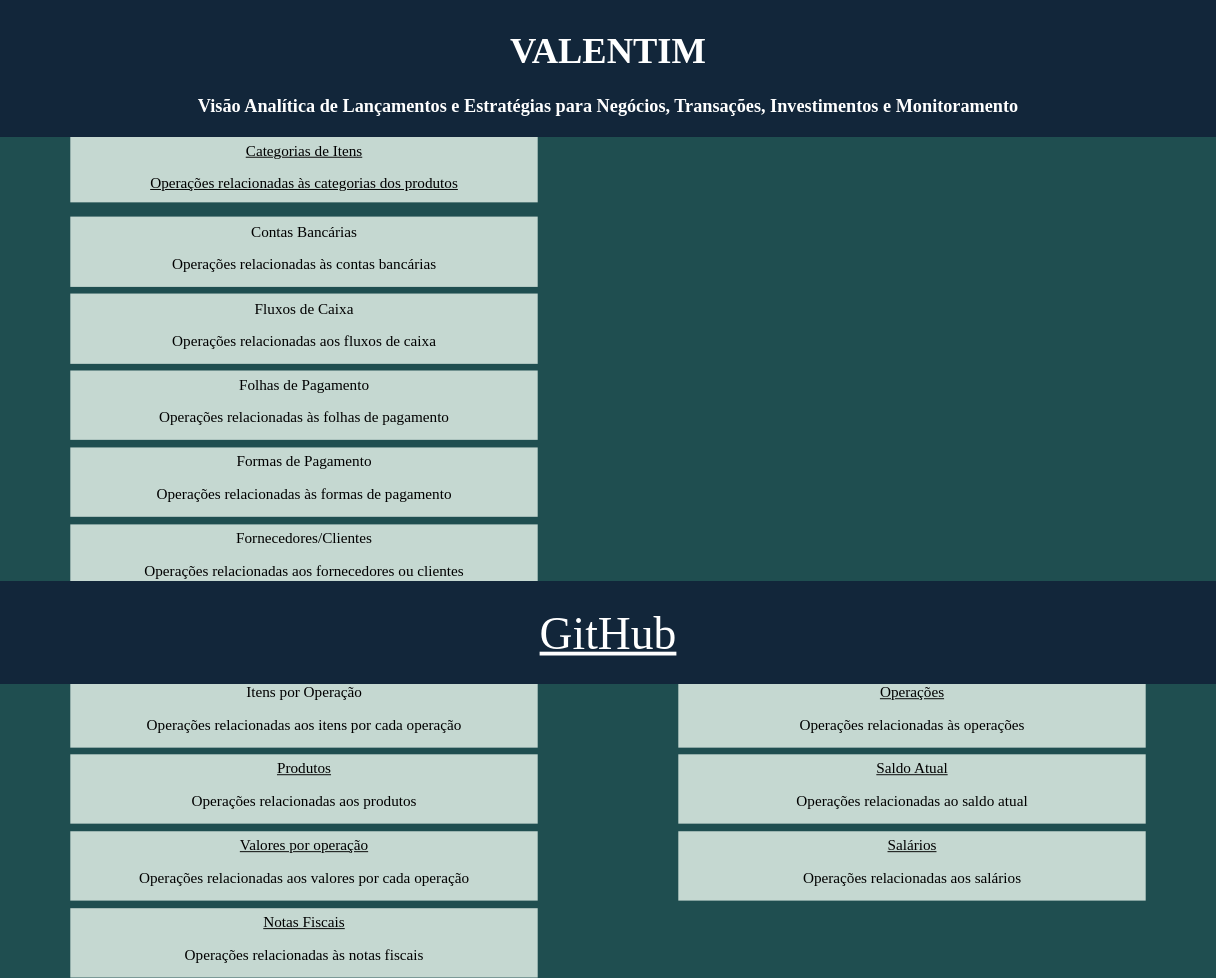
Repository: Matheus-Lacerda009/ERP-Financeiro
Page: Front/menu/menu.html
An editor plug-in stored every save of this project. The page is shown before and after a run of saves, followed by the edit.
The browser window is 1280 px wide. The pictures show the whole page, at 95% of full size.

Above is the page before, as saved 2026-07-13 19:12:30.

### Front/menu/menu.html
<!DOCTYPE html>
<html lang="en">
<head>
    <meta charset="UTF-8">
    <meta name="viewport" content="wclassth=device-wclassth, initial-scale=1.0">
    <link rel="stylesheet" href="menu.css">
    <title>Document</title>
</head>
<body>
    <header>
        <h1>VALENTIM</h1>
        <h2>Visão Analítica de Lançamentos e Estratégias para Negócios, Transações, Investimentos e Monitoramento</h2>
    </header>
    <main>
        <div id="espaço"></div>
        <div class="container">
            <a href="../categoria_item/categoria_item.html" class="links">
                <div class="divEntidades">
                    <p>Categorias de Itens</p>
                    <p>Operações relacionadas às categorias dos produtos</p>
                </div>
            </a>
            <a href="../conta_bancaria/conta_bancaria.html" class="links"></a>
            <div class="divEntidades">
                Contas Bancárias</a>
                <p>Operações relacionadas às contas bancárias</p>
            </div>
            <a href="../fluxo_caixa/fluxo_caixa.html" class="links"></a>
            <div class="divEntidades">
                Fluxos de Caixa</a>
                <p>Operações relacionadas aos fluxos de caixa</p>
            </div>
            <a href="../folha_pagamento/folha_pagamento.html" class="links"></a>
            <div class="divEntidades">
                Folhas de Pagamento</a>
                <p>Operações relacionadas às folhas de pagamento</p>
            </div>
            <a href="../forma_pagamento/forma_pagamento.html" class="links"></a>
            <div class="divEntidades">
                Formas de Pagamento</a>
                <p>Operações relacionadas às formas de pagamento</p>
            </div>
            <a href="../fornecedor_cliente/fornecedor_cliente.html" class="links"></a>
            <div class="divEntidades">
                Fornecedores/Clientes</a>
                <p>Operações relacionadas aos fornecedores ou clientes</p>
            </div>
            <a href="../funcionario/funcionario.html" class="links"></a>
            <div class="divEntidades">
                Funcionários</a>
                <p>Operações relacionadas aos funcionários</p>
            </div>
            <a href="../itens_operacao/itens_operacao.html" class="links"></a>
            <div class="divEntidades">
                Itens por Operação</a>
                <p>Operações relacionadas aos itens por cada operação</p>
            </div>
            <div class="divEntidades">
                <a href="../operacao/operacao.html" class="links">Operações</a>
                <p>Operações relacionadas às operações</p>
            </div>
            <div class="divEntidades">
                <a href="../produtos/produtos.html" class="links">Produtos</a>
                <p>Operações relacionadas aos produtos</p>
            </div>
            <div class="divEntidades">
                <a href="../saldoAtual/saldoAtual.html" class="links">Saldo Atual</a>
                <p>Operações relacionadas ao saldo atual</p>
            </div>
            <div class="divEntidades">
                <a href="../valor_pVenda/valor_pVenda.html" class="links">Valores por operação</a>
                <p>Operações relacionadas aos valores por cada operação</p>
            </div>
            <div class="divEntidades">
                <a href="../valor_salario/valor_salario.html" class="links">Salários</a>
                <p>Operações relacionadas aos salários</p>
            </div>
            <div class="divEntidades">
                <a href="../notaFiscal/nota_fiscal.html" class="links">Notas Fiscais</a>
                <p>Operações relacionadas às notas fiscais</p>
            </div>
        </div>
    </main>
    <footer>
        <a href="https://github.com/Matheus-Lacerda009/ERP-Financeiro.git" id="github">GitHub</a>
    </footer>
</body>
</html>

### Front/menu/menu.css
body{
    overflow: hidden;
}
header{
    position: fixed;
    top: 0;
    left: 0;
    width: 100%;
    height: 20%;
    background-color: #12263A;
    z-index: 1;
    text-align: center;
    align-content: center;
}

footer{
    position: fixed;
    bottom: 0;
    left: 0;
    width: 100%;
    height: 15%;
    background-color: #12263A;
    text-align: center;
    align-content: center;
}

#github{
    color: white;
    font-size: 300%;
}

header, h1{
    font-size: 300%;
    color: white;
    font-size: 3vw;
}

header, h2{
    color: white;
    font-size: 1.5vw;
}

body{
    margin: 0;
    padding: 0;
    background-color: #1f4e50;
}

.container{
    height: 100vh;
    width: 100%;
    margin-top: 10%;
    box-sizing: border-box;
    display: grid;
    grid-template-columns: repeat(2, 7fr);
    align-content: start;
}

.divEntidades{
    height: 75%;
    width: 75%;
    background-color: #C5D8D1;
    text-align: center;
    padding: 1%;
    margin: auto;
}

.links{
    color: black;
}

After the next 2 saves:
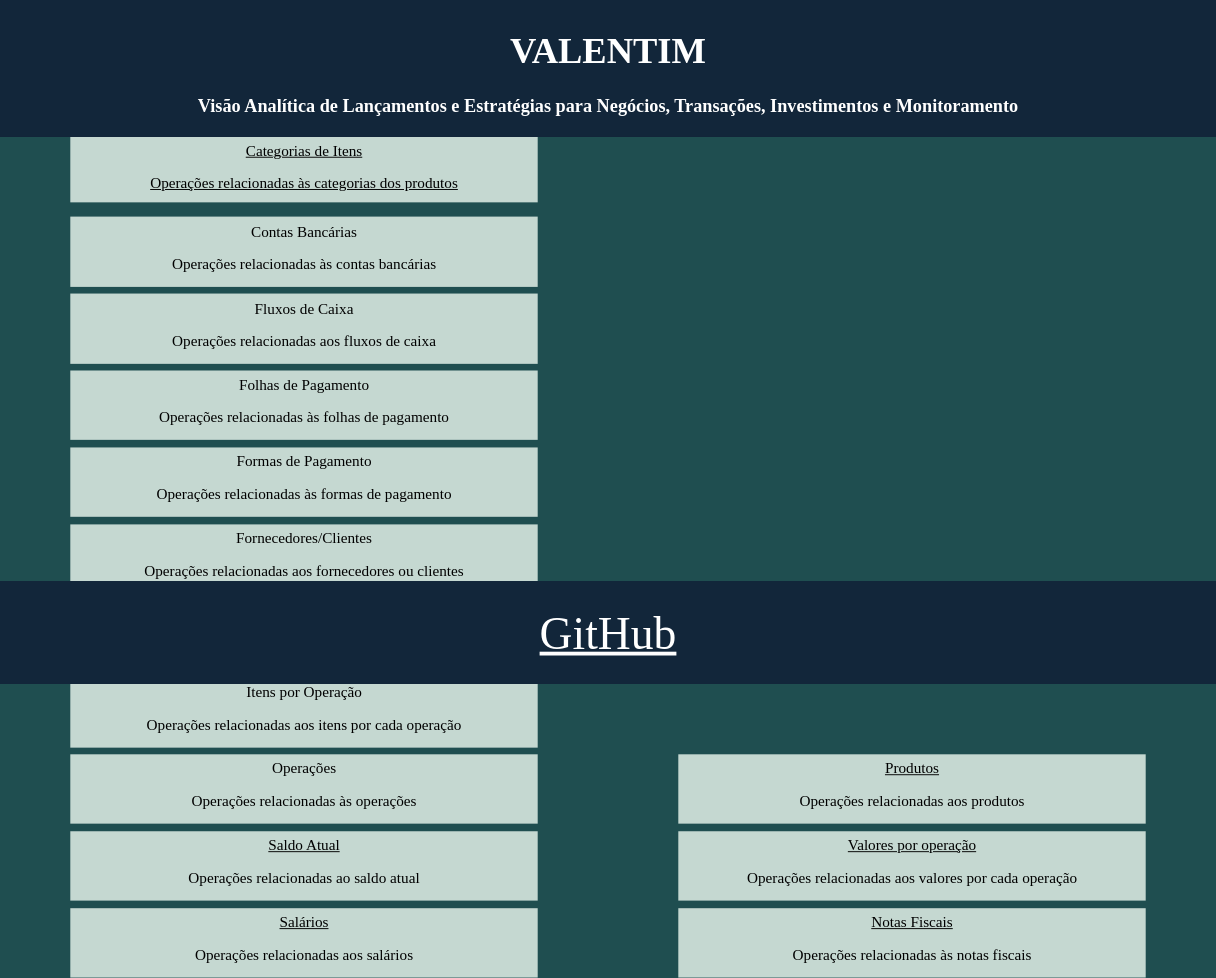
The 2 saves are shown as one change because they came seconds apart.
The last was saved 7 s later.
--- a/Front/menu/menu.html
+++ b/Front/menu/menu.html
@@ -55,8 +55,9 @@
                 Itens por Operação</a>
                 <p>Operações relacionadas aos itens por cada operação</p>
             </div>
+            <a href="../operacao/operacao.html" class="links"></a>
             <div class="divEntidades">
-                <a href="../operacao/operacao.html" class="links">Operações</a>
+                Operações</a>
                 <p>Operações relacionadas às operações</p>
             </div>
             <div class="divEntidades">
